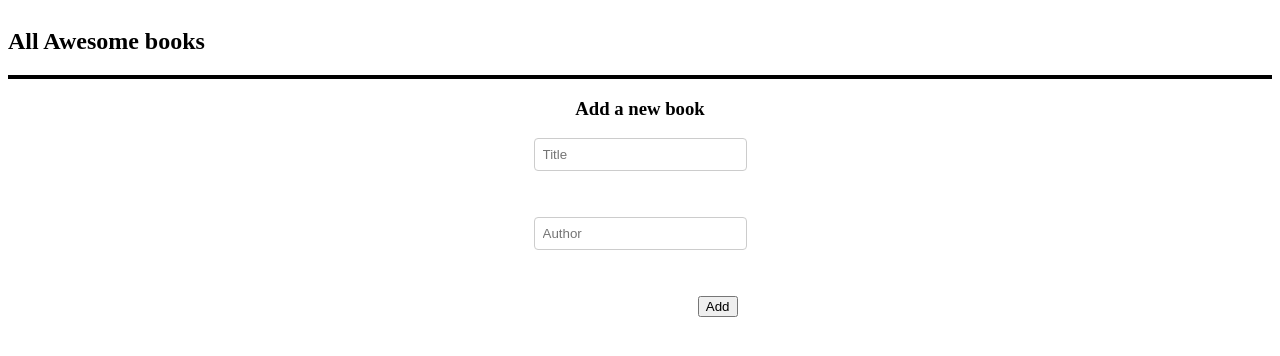
Repository: Salimer/Awesome-books
Page: index.html
The author's editor kept a copy of each file at every save. The page is drawn from the files as they stood at one save, then again after a run of saves.
The browser window is 1280 px wide. The pictures show the whole page.
The style sheet was rebuilt from its Sass, Less or Tailwind sources for each picture, by a compiler version that may differ from the author's.

Above is the page before, as saved 2023-04-25 12:00:53.

### index.html
<!DOCTYPE html>
<html lang="en">
<head>
    <meta charset="UTF-8">
    <meta http-equiv="X-UA-Compatible" content="IE=edge">
    <meta name="viewport" content="width=device-width, initial-scale=1.0">
    <link rel="stylesheet" href="style.css">
    <title>Document</title>
</head>
<body>
    <main>
        <section class="view-books">
            <h1>All Awesome books</h1>
            <article class="books">

            </article>
        </section>
            <form id="form">
                <article class="new-book">
                    <h3>Add a new book</h3>
                    <div class="input">
                        <input id="new-title" name="title" placeholder="Title"><br><br>
                        <input id="new-author" name="author" placeholder="Author"><br><br>
                    </div>
                    <button id="add-book" type="submit">Add</button>
                </article>
            </form>
    </main>

    <script src="script.js"></script>
</body>
</html>

### script.js
// the book object
const book = {
  id: '',
  title: '',
  author: '',
};

// Check local storage for books collection object
let booksCollection = JSON.parse(localStorage.getItem('books')) || [];

// Save books to local storage
function saveBooks(books) {
  localStorage.setItem('books', JSON.stringify(books));
}

// Remove an existing book function
function removeBook(id) {
  booksCollection = booksCollection.filter((obj) => obj.id !== id);
}

// Add a new book function
function addBook(title, author) {
  const newBook = Object.create(book);
  newBook.id = Date.now().toString(); // Generate unique ID based on timestamp
  newBook.title = title;
  newBook.author = author;
  booksCollection.push(newBook);
}

// View books --------------------------------------------------
function viewBooks() {
  // Remove all existing book elements from the container
  const container = document.querySelector('.books');
  while (container.firstChild) {
    container.removeChild(container.firstChild);
  }

  // Update books
  booksCollection.forEach((book) => {
    // Create the container div
    const bookInfo = document.createElement('div');
    bookInfo.className = 'book-info';
    bookInfo.innerHTML = `<p><span class="book-title">"${book.title}"</span> by <span class="book-author"> ${book.author}</span></p>`;

    // Create and append the button
    const button = document.createElement('button');
    button.className = 'remove-book';
    button.type = 'button';
    button.textContent = 'Remove';
    button.dataset.id = book.id; // Set the book ID as a data attribute
    bookInfo.appendChild(button);

    // Append the container div to the html
    container.appendChild(bookInfo);
  });

  // Update local storage
  saveBooks(booksCollection);

  // Checking all the remove-book buttons
  const removeButtons = document.querySelectorAll('.remove-book');
  removeButtons.forEach((button) => {
    button.addEventListener('click', (event) => {
      const { id } = event.target.dataset;
      removeBook(id);
      viewBooks();
    });
  });
}
// ------------------------------------------------------------

viewBooks();

// Adding new book
const addBookBtn = document.querySelector('#add-book');
addBookBtn.addEventListener('click', () => {
  const form = document.getElementById("form");
  let title = document.querySelector('#new-title').value;
    const author = document.querySelector('#new-author').value;
    addBook(title, author);
    viewBooks();
    form.reset();
});

### style.scss
.view-books {
  display: flex;
  flex-direction: column;

  article {
    border: 2px solid black;
  }

  div {
    display: flex;
    justify-content: space-between;
    padding: 0 1rem;

    &:nth-child(odd) {
      background-color: #dddddd;
    }

    p {
      font-weight: 900;
    }

    button {
      margin: 8px 0;
    }
  }
}

#form {
  display: flex;
  flex-direction: column;
  align-items: center;

  .new-book {
    display: flex;
    flex-direction: column;
    align-items: center;

    h3 {
      text-align: center;
    }

    .input {
      display: flex;
      flex-direction: column;
      align-items: center;

      input {
        padding: 8px;
        margin-bottom: 10px;
        border: 1px solid #ccc;
        border-radius: 4px;
        width: 100%;

        &:last-child {
          margin-bottom: 20px;
        }
      }
    }

    button {
      margin-left: auto;
    }
  }
}

After the next 2 saves:
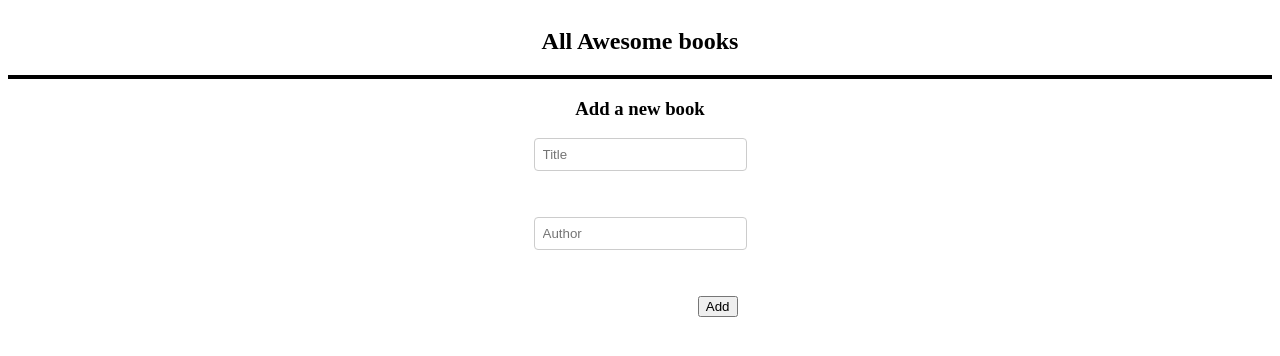
The 2 saves are shown as one change because they came seconds apart.
The last was saved 20 s later.
--- a/style.scss
+++ b/style.scss
@@ -1,6 +1,10 @@
 .view-books {
   display: flex;
   flex-direction: column;
+
+  h1 {
+    align-self: center;
+  }
 
   article {
     border: 2px solid black;
